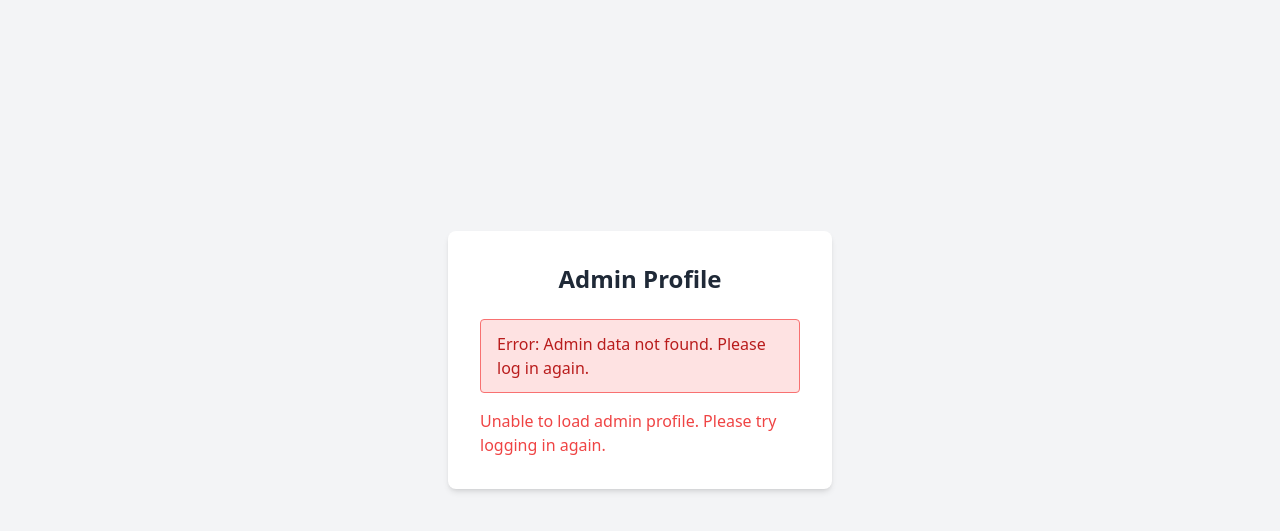
Repository: AsirAl-Anan/php-eccomerce
Page: http://localhost/admin/admin-profile.php
The author's editor kept a copy of each file at every save. The page is drawn from the files as they stood at one save, then again after the next save.
The browser window is 1280 px wide. The pictures show the whole page.
Some web libraries are served in a nearby version. The page is run by PHP 8.4 with error messages shown; the project is at /var/www/html/. The session is filled in as if someone had signed in: {"admin_loggedin": true, "admin_id": 244004, "admin_username": "admin1"}. The database holds what the project's SQL file puts in it.

Above is the page before, as saved 2024-08-27 00:56:12.

After the next save:
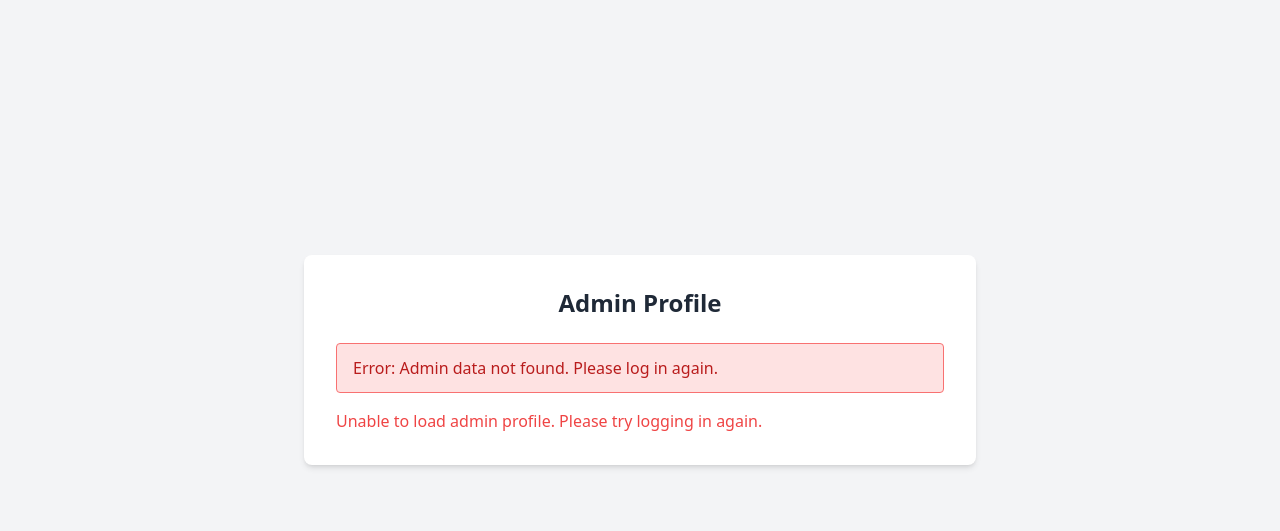
Saved 17 s later.
--- a/admin/admin-profile.php
+++ b/admin/admin-profile.php
@@ -120,47 +120,56 @@ $conn->close();
 </head>
 <body class="bg-gray-100">
     <div class="min-h-screen flex items-center justify-center">
-        <div class="bg-white p-8 rounded-lg shadow-md w-96">
+        <div class="bg-white p-8 rounded-lg shadow-md w-full max-w-2xl">
             <h2 class="text-2xl font-bold mb-6 text-center text-gray-800">Admin Profile</h2>
 
             <?php echo $message; ?>
 
             <?php if ($admin_data): ?>
-            <form method="POST" action="<?php echo htmlspecialchars($_SERVER["PHP_SELF"]); ?>" enctype="multipart/form-data">
-                <div class="mb-4 text-center">
-                    <img src="<?php echo isset($admin_data['profile_picture']) ? '../uploads/' . $admin_data['profile_picture'] : '../uploads/default_avatar.jpg'; ?>" alt="Profile Picture" class="w-32 h-32 rounded-full mx-auto mb-4">
-                    <input type="file" id="profile_picture" name="profile_picture" accept="image/*" class="w-full text-sm text-gray-500 file:mr-4 file:py-2 file:px-4 file:rounded-full file:border-0 file:text-sm file:font-semibold file:bg-blue-50 file:text-blue-700 hover:file:bg-blue-100">
+            <div class="grid grid-cols-2 gap-4">
+                <div>
+                    <h3 class="text-xl font-semibold mb-4">Current Information</h3>
+                    <div class="mb-4">
+                        <img src="<?php echo isset($admin_data['profile_picture']) ? '../uploads/' . $admin_data['profile_picture'] : '../uploads/default_avatar.jpg'; ?>" alt="Current Profile Picture" class="w-32 h-32 rounded-full mx-auto mb-4">
+                    </div>
+                    <div class="mb-2"><strong>Full Name:</strong> <?php echo htmlspecialchars($admin_data['fullname']); ?></div>
+                    <div class="mb-2"><strong>Admin ID:</strong> <?php echo htmlspecialchars($admin_data['admin_id']); ?></div>
+                    <div class="mb-2"><strong>Email:</strong> <?php echo htmlspecialchars($admin_data['email']); ?></div>
+                    <div class="mb-2"><strong>Username:</strong> <?php echo htmlspecialchars($admin_data['username']); ?></div>
                 </div>
+                <div>
+                    <h3 class="text-xl font-semibold mb-4">Edit Information</h3>
+                    <form method="POST" action="<?php echo htmlspecialchars($_SERVER["PHP_SELF"]); ?>" enctype="multipart/form-data">
+                        <div class="mb-4">
+                            <label for="profile_picture" class="block text-gray-700 text-sm font-bold mb-2">Update Profile Picture:</label>
+                            <input type="file" id="profile_picture" name="profile_picture" accept="image/*" class="w-full text-sm text-gray-500 file:mr-4 file:py-2 file:px-4 file:rounded-full file:border-0 file:text-sm file:font-semibold file:bg-blue-50 file:text-blue-700 hover:file:bg-blue-100">
+                        </div>
 
-                <div class="mb-4">
-                    <label for="fullname" class="block text-gray-700 text-sm font-bold mb-2">Full Name:</label>
-                    <input type="text" id="fullname" name="fullname" value="<?php echo htmlspecialchars($admin_data['fullname']); ?>" required
-                           class="shadow appearance-none border rounded w-full py-2 px-3 text-gray-700 leading-tight focus:outline-none focus:shadow-outline">
+                        <div class="mb-4">
+                            <label for="fullname" class="block text-gray-700 text-sm font-bold mb-2">Full Name:</label>
+                            <input type="text" id="fullname" name="fullname" value="<?php echo htmlspecialchars($admin_data['fullname']); ?>" required
+                                   class="shadow appearance-none border rounded w-full py-2 px-3 text-gray-700 leading-tight focus:outline-none focus:shadow-outline">
+                        </div>
+
+                        <div class="mb-4">
+                            <label for="email" class="block text-gray-700 text-sm font-bold mb-2">Email:</label>
+                            <input type="email" id="email" name="email" value="<?php echo htmlspecialchars($admin_data['email']); ?>" required
+                                   class="shadow appearance-none border rounded w-full py-2 px-3 text-gray-700 leading-tight focus:outline-none focus:shadow-outline">
+                        </div>
+
+                        <div class="mb-4">
+                            <label for="username" class="block text-gray-700 text-sm font-bold mb-2">Username:</label>
+                            <input type="text" id="username" name="username" value="<?php echo htmlspecialchars($admin_data['username']); ?>" required
+                                   class="shadow appearance-none border rounded w-full py-2 px-3 text-gray-700 leading-tight focus:outline-none focus:shadow-outline">
+                        </div>
+
+                        <div class="flex items-center justify-center">
+                            <input type="submit" value="Update Profile"
+                                   class="bg-blue-500 hover:bg-blue-700 text-white font-bold py-2 px-4 rounded focus:outline-none focus:shadow-outline cursor-pointer">
+                        </div>
+                    </form>
                 </div>
-
-                <div class="mb-4">
-                    <label for="admin_id" class="block text-gray-700 text-sm font-bold mb-2">Admin ID:</label>
-                    <input type="text" id="admin_id" value="<?php echo htmlspecialchars($admin_data['admin_id']); ?>" readonly
-                           class="shadow appearance-none border rounded w-full py-2 px-3 text-gray-700 leading-tight focus:outline-none focus:shadow-outline bg-gray-100">
-                </div>
-
-                <div class="mb-4">
-                    <label for="email" class="block text-gray-700 text-sm font-bold mb-2">Email:</label>
-                    <input type="email" id="email" name="email" value="<?php echo htmlspecialchars($admin_data['email']); ?>" required
-                           class="shadow appearance-none border rounded w-full py-2 px-3 text-gray-700 leading-tight focus:outline-none focus:shadow-outline">
-                </div>
-
-                <div class="mb-4">
-                    <label for="username" class="block text-gray-700 text-sm font-bold mb-2">Username:</label>
-                    <input type="text" id="username" name="username" value="<?php echo htmlspecialchars($admin_data['username']); ?>" required
-                           class="shadow appearance-none border rounded w-full py-2 px-3 text-gray-700 leading-tight focus:outline-none focus:shadow-outline">
-                </div>
-
-                <div class="flex items-center justify-center">
-                    <input type="submit" value="Update Profile"
-                           class="bg-blue-500 hover:bg-blue-700 text-white font-bold py-2 px-4 rounded focus:outline-none focus:shadow-outline cursor-pointer">
-                </div>
-            </form>
+            </div>
             <?php else: ?>
                 <p class="text-red-500">Unable to load admin profile. Please try logging in again.</p>
             <?php endif; ?>
